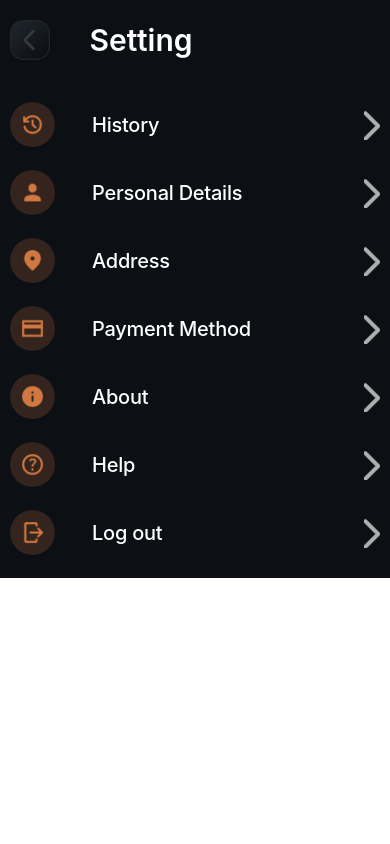
Repository: nguoilaisaochoi/App-coffe
Screen: /
These files come from the project's save history. The screen is drawn as it stood at one moment and after a run of saves; the edit follows.
The app was drawn by React Native's web renderer in a window 390 px wide. The project was rebuilt for these pictures with package versions that can differ from the ones it lists, and the page was loaded fresh each time.

Above is the screen before, as saved 2024-01-13 09:13:38.

After the next 2 saves:
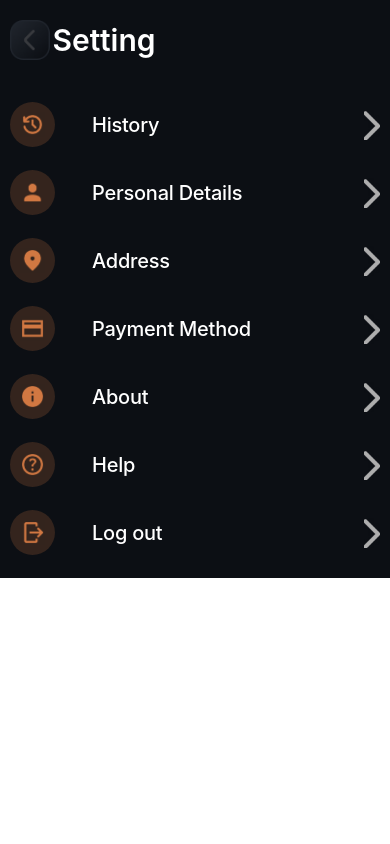
The 2 saves are shown as one change because they came seconds apart.
The last was saved 47 s later.
--- a/src/Setting.js
+++ b/src/Setting.js
@@ -141,7 +141,7 @@ const mystyle = StyleSheet.create({
     fontStyle: 'normal',
     fontWeight: '600',
     lineHeight: 36,
-    right:'20%',
+    right:'30%',
   },
   setting: {
     display: 'flex',
